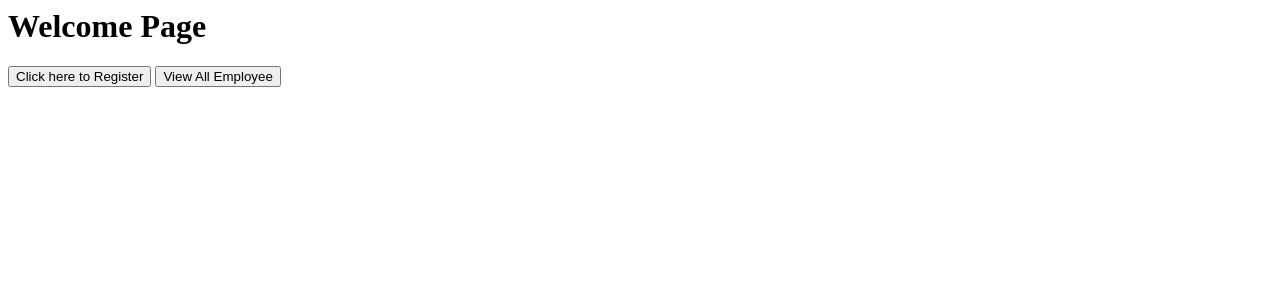
Repository: Madavahari/Servlets
Page: http://localhost/ems/
An editor plug-in stored every save of this project. The page is shown before and after the next save, followed by the edit.
The browser window is 1280 px wide. The pictures show the whole page.
The page is served by Tomcat 9. Nobody is signed in. The application's start-up code is not run.

Above is the page before, as saved 2024-10-16 07:06:05.
Console error: TypeError: Cannot read properties of null (reading 'style')

After the next save:
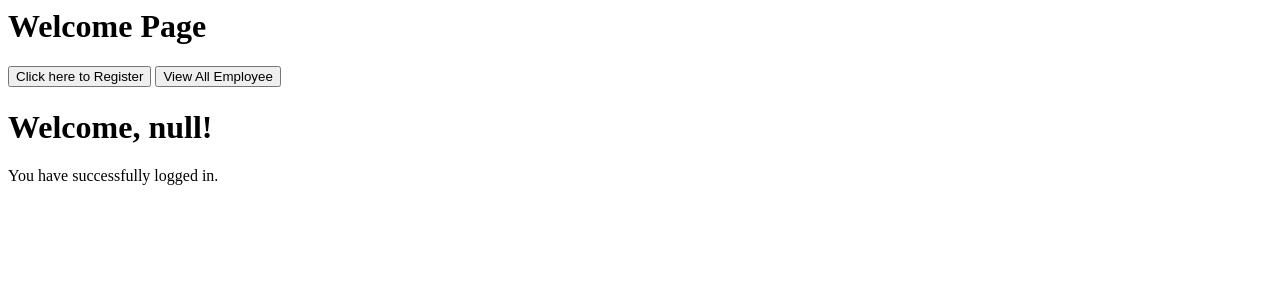
Saved 4 min 3 s later.
--- a/servlets/ems/src/main/webapp/index.jsp
+++ b/servlets/ems/src/main/webapp/index.jsp
@@ -19,6 +19,10 @@ setTimeout(()=>{
 	msgEle.style.display="none";
 },2000);
 </script>
+
+
+<h1>Welcome, <%= session.getAttribute("name") %>!</h1>
+    <p>You have successfully logged in.</p>
 </body>
 </html>
 </element>
